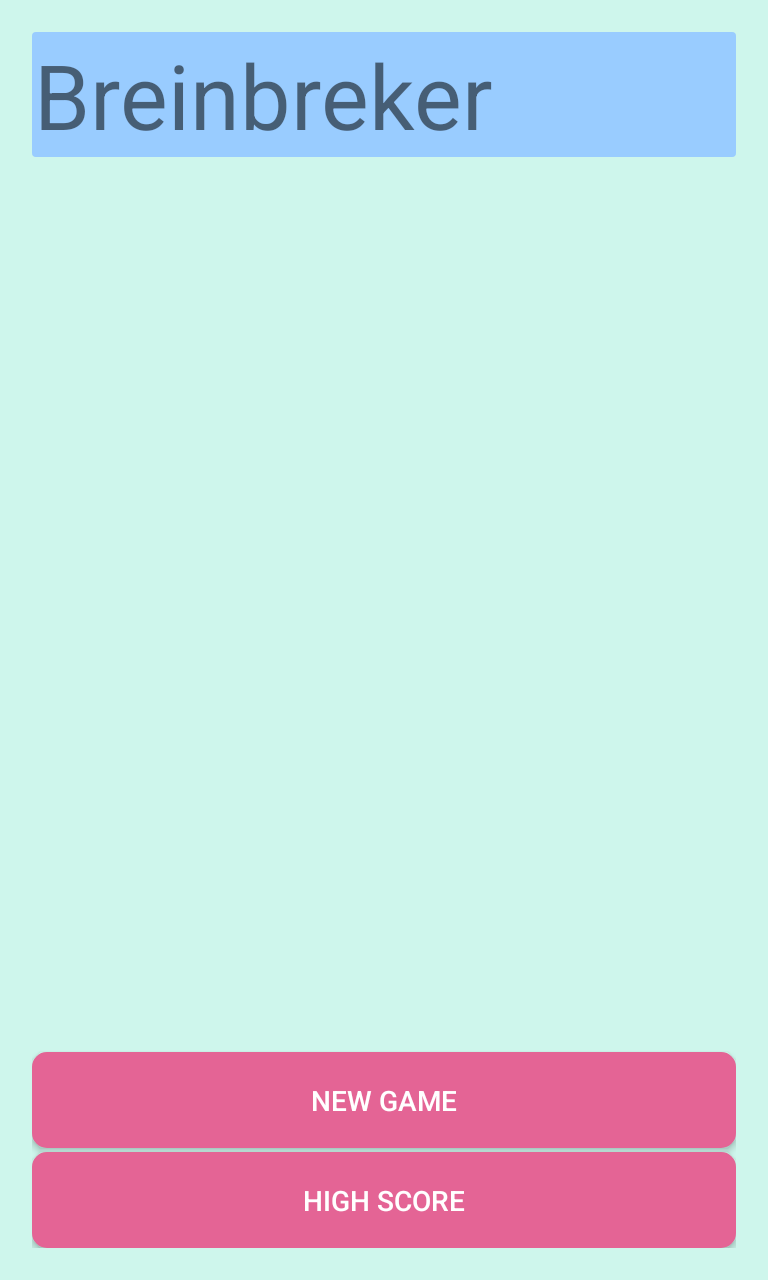
Repository: jelleswester/Breinbreker
Layout: Breinbreker/res/layout/activity_start_screen.xml
The author's editor kept a copy of each file at every save. The layout is drawn from the files as they stood at one save, then again after the next save.
It is drawn on a 768 x 1280 px phone screen (xhdpi) without system bars, with theme AppTheme; the app's code is not run.

Above is the layout before, as saved 2015-01-28 16:03:17.

After the next save:
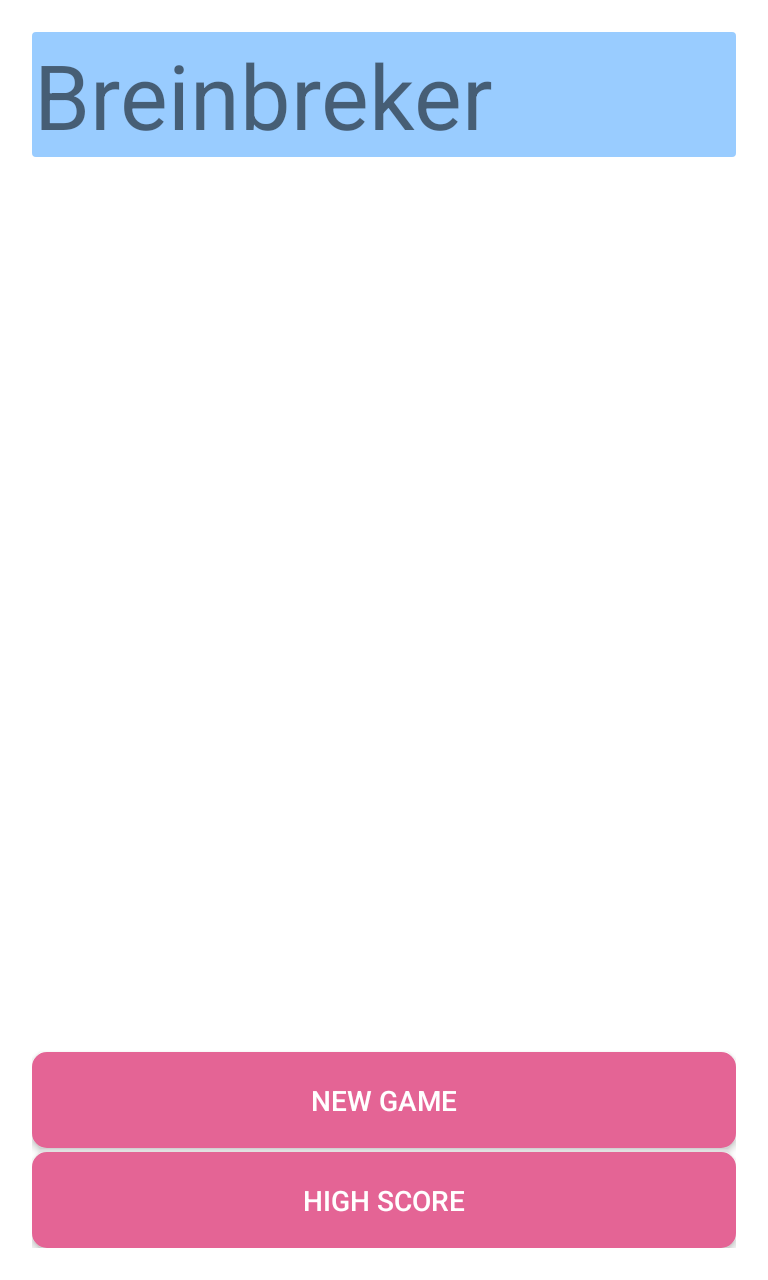
Saved 85 s later.
--- a/Breinbreker/res/layout/activity_start_screen.xml
+++ b/Breinbreker/res/layout/activity_start_screen.xml
@@ -7,7 +7,7 @@
     android:paddingLeft="@dimen/activity_horizontal_margin"
     android:paddingRight="@dimen/activity_horizontal_margin"
     android:paddingTop="@dimen/activity_vertical_margin"
-    android:background="#CEF6EC"
+    android:background="@color/white"
     tools:context="nl.mprog.jelleswester.breinbreker.StartScreenActivity" >
 
     <TextView
